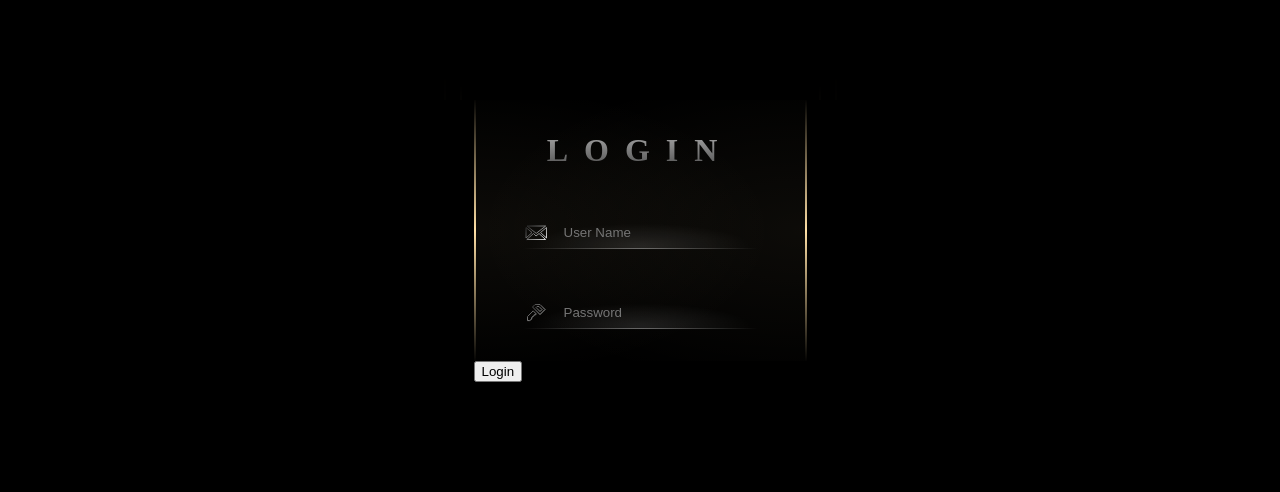
Repository: irfan-shah-sherani/Travel-Tour
Page: public/index.html
An editor plug-in stored every save of this project. The page is shown before and after the next save, followed by the edit.
The browser window is 1280 px wide. The pictures show the whole page.

Above is the page before, as saved 2025-07-11 13:02:02.

### public/index.html
<!DOCTYPE html>
<html lang="en">
<head>
    <meta charset="UTF-8">
    <meta name="viewport" content="width=device-width, initial-scale=1.0">
    <title>login page</title>
    <link rel="stylesheet" href="index.css">
</head>
<body style="background-color: black; ">

    <!-- main container -->
<div class="wrapper">
  <form class="form">
    <!-- inner form -->
    <span class="title">Login</span>

    <!-- user name theme -->
    <div class="input-container">
      <svg
        width="24"
        height="24"
        viewBox="0 0 24 24"
        fill="none"
        xmlns="http://www.w3.org/2000/svg"
      >
        <defs>
          <linearGradient
            id="gradient-stroke"
            x1="0"
            y1="0"
            x2="24"
            y2="24"
            gradientUnits="userSpaceOnUse"
          >
            <stop offset="0%" stop-color="black"></stop>
            <stop offset="100%" stop-color="white"></stop>
          </linearGradient>
        </defs>

        <g stroke="url(#gradient-stroke)" fill="none" stroke-width="1">
          <path d="M21.6365 5H3L12.2275 12.3636L21.6365 5Z"></path>
          <path d="M16.5 11.5L22.5 6.5V17L16.5 11.5Z"></path>
          <path d="M8 11.5L2 6.5V17L8 11.5Z"></path>
          <path
            d="M9.5 12.5L2.81805 18.5002H21.6362L15 12.5L12 15L9.5 12.5Z"
          ></path>
        </g>
      </svg>
      <!-- user name theme -->
       <!-- user name placeholder -->
      <input class="input" type="text" placeholder="User Name" />
    </div>

    <div class="input-container">
      <svg
        width="24"
        height="24"
        viewBox="0 0 24 24"
        fill="none"
        xmlns="http://www.w3.org/2000/svg"
      >
        <g stroke="url(#gradient-stroke)" fill="none" stroke-width="1">
          <path
            d="M3.5 15.5503L9.20029 9.85L12.3503 13L11.6 13.7503H10.25L9.8 15.1003L8 16.0003L7.55 18.2503L5.5 19.6003H3.5V15.5503Z"
          ></path>
          <path d="M16 3.5H11L8.5 6L16 13.5L21 8.5L16 3.5Z"></path>
          <path d="M16 10.5L18 8.5L15 5.5H13L12 6.5L16 10.5Z"></path>
        </g>
      </svg>
      <form class="form" method="POST" action="/login">
        <input class="input" type="password" placeholder="Password" />
      </form>
    </div>

    <div class="login-button">
      <input class="input" type="submit" value="Login" />
    </div>

    <div class="texture"></div>
  </form>
</div>

</body>
</html>

### public/index.css
.wrapper {
  width: 100%;
  height: 100%;
  display: grid;
  place-content: center;
  background: black;
  margin-top: 100px;
  z-index: -2;
}

.form {
  padding: 2rem 3rem;
  display: grid;
  place-items: center;
  gap: 3rem;
  border: 1px solid transparent;
  -o-border-image: linear-gradient(transparent, #ffe0a6, transparent) 1;
  border-image: linear-gradient(transparent, #ffe0a6, transparent) 1;
  border-width: 0 2px 0px 2px;
  background: radial-gradient(
      100% 61.73% at 100% 50%,
      rgba(255, 224, 166, 0.05) 0%,
      transparent 100%
    ),
    radial-gradient(
      91.09% 56.23% at 0% 50%,
      rgba(255, 224, 166, 0.05) 0%,
      transparent 100%
    );
  position: relative;
}
.form::before,
.form::after {
  content: "";
  position: absolute;
  border: 1px solid transparent;
  border: inherit;
  z-index: -1;
}
.form::before {
  inset: -1rem;
  opacity: 15%;
}
.form::after {
  inset: -2rem;
  opacity: 5%;
}
.form .title {
  color: white;
  font-size: 2rem;
  font-weight: 700;
  text-align: center;
  letter-spacing: 1rem;
  text-transform: uppercase;
  background: linear-gradient(rgb(170, 170, 170), rgb(78, 78, 78));
  color: transparent;
  -webkit-background-clip: text;
  background-clip: text;
}
.form .input-container {
  display: flex;
  align-items: center;
  background: radial-gradient(
    47.3% 73.08% at 50% 94.23%,
    rgba(255, 255, 255, 0.1) 5%,
    rgba(0, 0, 0, 0) 100%
  );
  border: 1px solid transparent;
  -o-border-image: radial-gradient(
      circle,
      rgba(255, 255, 255, 0.445) 0%,
      rgba(0, 0, 0, 0) 100%
    )
    1;
  border-image: radial-gradient(
      circle,
      rgba(255, 255, 255, 0.445) 0%,
      rgba(0, 0, 0, 0) 100%
    )
    1;
  border-width: 0 0 1px 0;
}
.form .input-container svg {
  stroke: grey;
}
.form .input-container svg g {
  transition: all 0.2s ease-in-out;
}
.form .input-container .input {
  background: none;
  border: none;
  padding: 0.5rem 1rem;
  color: white;
}
.form .input-container .input:focus {
  outline: none;
  color: #ffe0a6;
}
.form .input-container:focus-within {
  background: radial-gradient(
    47.3% 73.08% at 50% 94.23%,
    rgba(255, 224, 166, 0.1) 5%,
    rgba(0, 0, 0, 0) 100%
  );
  -o-border-image: radial-gradient(circle, #ffe0a6 0%, transparent 100%) 1;
  border-image: radial-gradient(circle, #ffe0a6 0%, transparent 100%) 1;
}
.form .input-container:focus-within svg g {
  stroke: #ffe0a6;
}
.form .login-button {
  width: 100%;
  position: relative;
  transition: all 0.2s ease-in-out;
}
.form .login-button .input {
  cursor: pointer;
  padding: 1rem;
  width: 100%;
  background: radial-gradient(
      100% 45% at 100% 50%,
      rgba(255, 224, 166, 0.084) 0%,
      rgba(115, 115, 115, 0) 100%
    ),
    radial-gradient(
      100% 45% at 0% 50%,
      rgba(255, 224, 166, 0.084) 0%,
      rgba(115, 115, 115, 0) 100%
    );
  border: 1px solid transparent;
  -o-border-image: linear-gradient(transparent, #ffe0a6, transparent) 1;
  border-image: linear-gradient(transparent, #ffe0a6, transparent) 1;
  border-width: 0 1px 0 1px;
  text-align: center;
  color: #ffe0a6;
  font-size: 1rem;
}
.form .login-button::before {
  content: "";
  position: absolute;
  inset: 0;
  pointer-events: none;
  background-image: linear-gradient(
    0deg,
    rgba(255, 255, 255, 0.3764705882) 0.5px,
    transparent 0.5px
  );
  background-size: 0.1px 3px;
  mix-blend-mode: soft-light;
  -webkit-mask-image: radial-gradient(
      40% 45% at 100% 50%,
      white 0%,
      transparent 100%
    ),
    radial-gradient(40% 45% at 0% 50%, white 0%, transparent 100%);
  mask-image: radial-gradient(40% 45% at 100% 50%, white 0%, transparent 100%),
    radial-gradient(40% 45% at 0% 50%, white 0%, transparent 100%);
}
.form .login-button:hover {
  animation: flicker 0.5s infinite;
  width: 105%;
}
.form .login-button:active {
  width: 95%;
}
.form .texture {
  position: absolute;
  background-image: linear-gradient(0deg, #ffffff 1px, transparent 1px);
  background-size: 1px 5px;
  inset: 0;
  mix-blend-mode: soft-light;
  -webkit-mask-image: radial-gradient(
      30% 45% at 100% 50%,
      white 0%,
      transparent 100%
    ),
    radial-gradient(30% 45% at 0% 50%, white 0%, transparent 100%);
  mask-image: radial-gradient(30% 45% at 100% 50%, white 0%, transparent 100%),
    radial-gradient(30% 45% at 0% 50%, white 0%, transparent 100%);
  pointer-events: none;
  animation: movingLines 1s linear infinite;
}

@keyframes flicker {
  0% {
    filter: brightness(100%);
  }
  10% {
    filter: brightness(80%);
  }
  20% {
    filter: brightness(120%);
  }
  30% {
    filter: brightness(90%);
  }
  40% {
    filter: brightness(110%);
  }
  50% {
    filter: brightness(100%);
  }
  60% {
    filter: brightness(85%);
  }
  70% {
    filter: brightness(95%);
  }
  80% {
    filter: brightness(105%);
  }
  90% {
    filter: brightness(115%);
  }
  100% {
    filter: brightness(100%);
  }
}
@keyframes movingLines {
  0% {
    background-position: 0 0;
  }
  100% {
    background-position: 0 5px;
  }
}


/* --- RESPONSIVE MEDIA QUERIES --- */

/* Mobile Devices (width <= 700px) */
@media (max-width: 700px) {
  .form {
    padding: 1.5rem 1.5rem;
    gap: 2rem;
    border-width: 0 1px;
  }

  .form .title {
    font-size: 1.5rem;
    letter-spacing: 0.3rem;
  }

  .form .input-container {
    flex-direction: row;
    padding: 0.3rem;
  }

  .form .input-container svg {
    width: 20px;
    height: 20px;
  }

  .form .input-container .input {
    font-size: 0.9rem;
    width: 100%;
  }

  .form .login-button .input {
    font-size: 0.9rem;
    padding: 0.8rem;
  }

  .wrapper {
    margin-top: 50px;
    padding: 0 1rem;
  }
}

/* Tablets (width <= 1024px) */
@media (max-width: 1024px) {
  .form {
    padding: 2rem;
    gap: 2.5rem;
  }

  .form .title {
    font-size: 1.75rem;
    letter-spacing: 0.5rem;
  }

  .form .login-button:hover {
    width: 102%;
  }
}

After the next save:
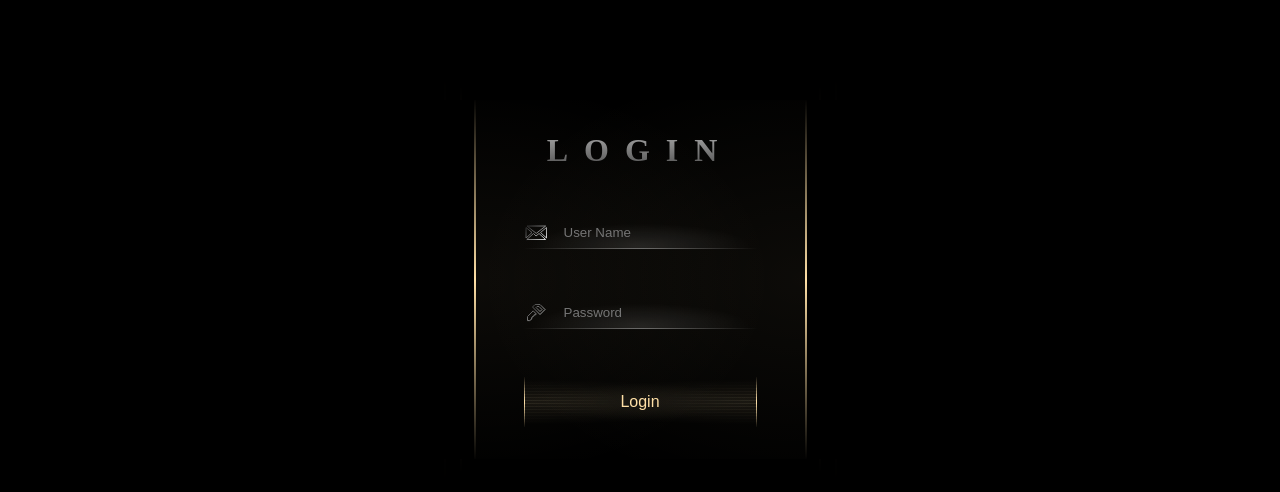
Saved 31 s later.
--- a/public/index.html
+++ b/public/index.html
@@ -69,13 +69,13 @@
       </svg>
       <form class="form" method="POST" action="/login">
         <input class="input" type="password" placeholder="Password" />
-      </form>
+
     </div>
 
     <div class="login-button">
       <input class="input" type="submit" value="Login" />
     </div>
-
+  </form>
     <div class="texture"></div>
   </form>
 </div>
